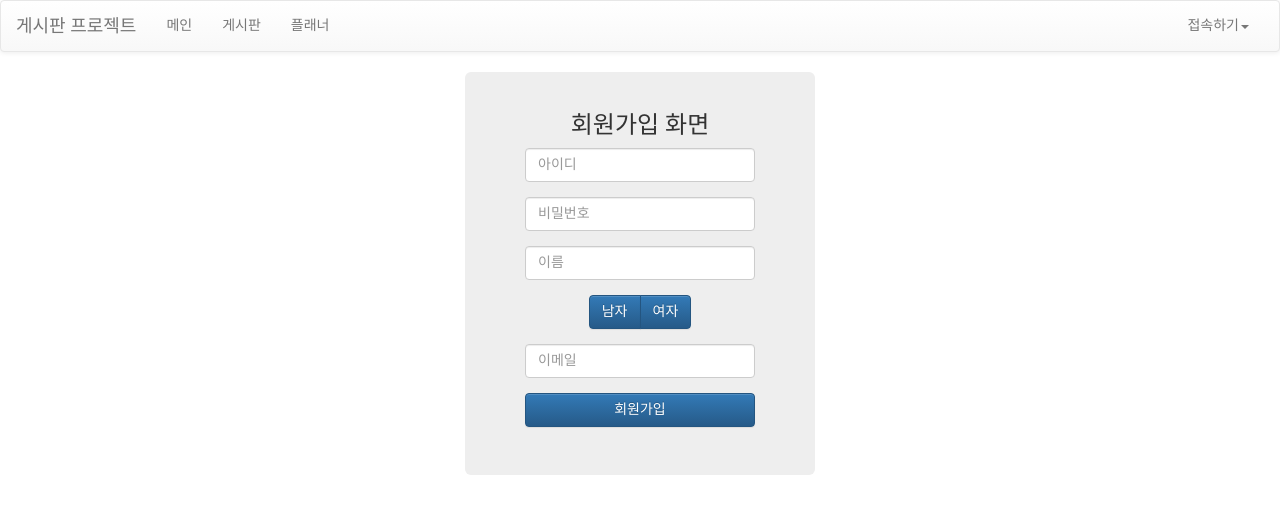
Repository: Seok7975/JSP-Education
Page: http://localhost/ToDoList공유_게시판_ver3/join.jsp
The author's editor kept a copy of each file at every save. The page is drawn from the files as they stood at one save, then again after the next save.
The browser window is 1280 px wide. The pictures show the whole page.
Some web fonts or font styles are not loaded; a fallback is used. Some web libraries are served in a nearby version. The page is served by Tomcat 9.

Above is the page before, as saved 2024-06-20 09:24:21.

After the next save:
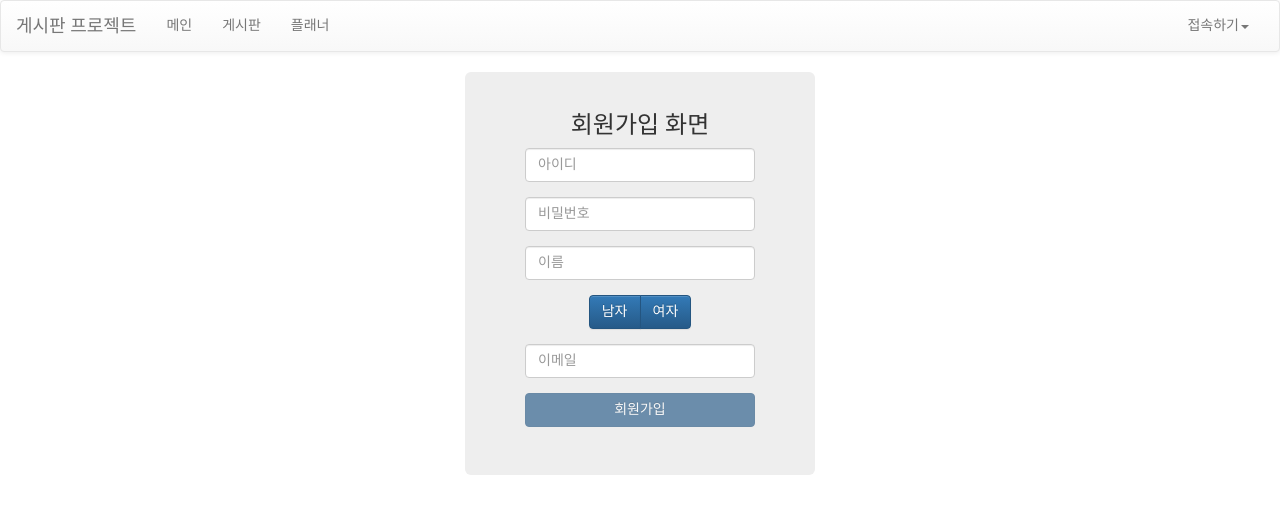
Saved 10 s later.
--- a/List_Projects_ver3/ToDoList공유 게시판_ver3/src/main/webapp/join.jsp
+++ b/List_Projects_ver3/ToDoList공유 게시판_ver3/src/main/webapp/join.jsp
@@ -15,6 +15,32 @@
 <script src="https://cdn.jsdelivr.net/npm/bootstrap@3.3.7/dist/js/bootstrap.min.js" integrity="sha384-Tc5IQib027qvyjSMfHjOMaLkfuWVxZxUPnCJA7l2mCWNIpG9mGCD8wGNIcPD7Txa" crossorigin="anonymous"></script>
 <link rel="stylesheet" href="css/jumbotronCustom.css">
 <title>JSP 게시판 웹 사이트</title>
+<script>
+$(document).ready(function() {
+    $('#userID').on('input', function() {
+        var userID = $(this).val();
+        if (userID.length > 0) {
+            $.ajax({
+                url: 'idCheck.jsp',
+                method: 'POST',
+                data: { userID: userID },
+                success: function(response) {
+                    if (response.trim() === 'available') {
+                        $('#idCheckResult').text('사용 가능한 아이디입니다.').css('color', 'blue');
+                        $('#joinButton').prop('disabled', false);
+                    } else {
+                        $('#idCheckResult').text('이미 사용중인 아이디입니다.').css('color', 'red');
+                        $('#joinButton').prop('disabled', true);
+                    }
+                }
+            });
+        } else {
+            $('#idCheckResult').text('');
+            $('#joinButton').prop('disabled', true);
+        }
+    });
+});
+</script>
 </head>
 <body>
 	<nav class="navbar navbar-default">
@@ -53,7 +79,8 @@
 				<form method="post" action="joinAction.jsp">
 					<h3 style="text-align: center;">회원가입 화면</h3>
 					<div class="form-group">
-						<input type="text" class="form-control" placeholder="아이디" name="userID" required maxlength="20">
+						<input type="text" class="form-control" placeholder="아이디" name="userID" id="userID" required maxlength="20">
+						<span id="idCheckResult"></span>
 					</div>
 					<div class="form-group">
 						<input type="password" class="form-control" placeholder="비밀번호" name="userPassword" required maxlength="20">
@@ -74,7 +101,7 @@
 					<div class="form-group">
 						<input type="email" class="form-control" placeholder="이메일" name="userEmail" required maxlength="20">
 					</div>
-					<input type="submit" class="btn btn-primary form-control" value="회원가입">
+					<input type="submit" class="btn btn-primary form-control" value="회원가입" id="joinButton" disabled>
 				</form>
 			</div>
 		</div>

After the save that followed:
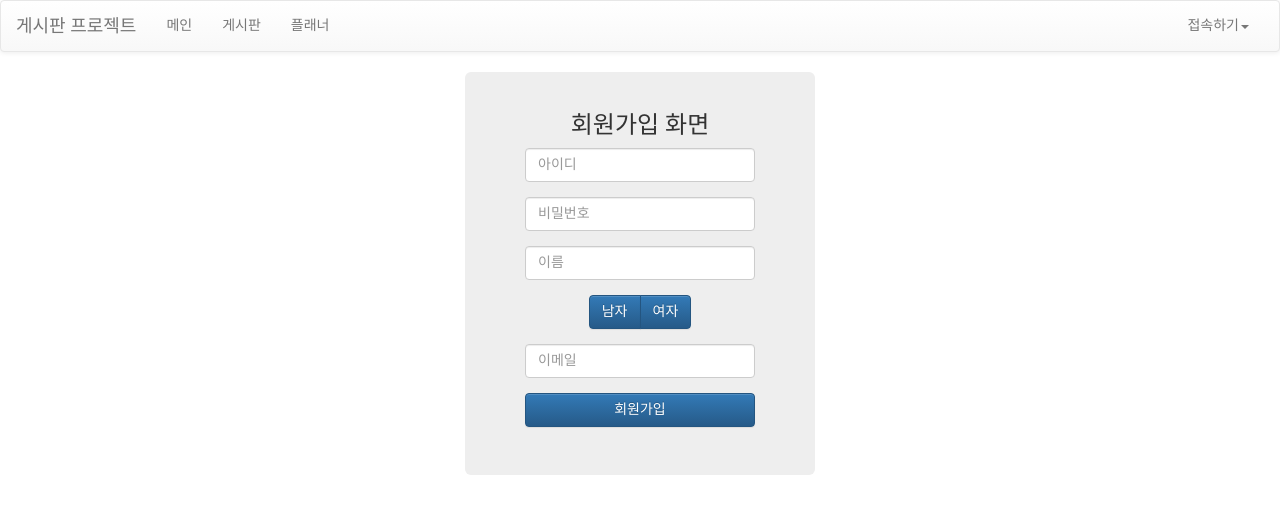
Saved 75 s later.
--- a/List_Projects_ver3/ToDoList공유 게시판_ver3/src/main/webapp/join.jsp
+++ b/List_Projects_ver3/ToDoList공유 게시판_ver3/src/main/webapp/join.jsp
@@ -101,7 +101,7 @@
 					<div class="form-group">
 						<input type="email" class="form-control" placeholder="이메일" name="userEmail" required maxlength="20">
 					</div>
-					<input type="submit" class="btn btn-primary form-control" value="회원가입" id="joinButton" disabled>
+					<input type="submit" class="btn btn-primary form-control" value="회원가입" id="joinButton" >
 				</form>
 			</div>
 		</div>
